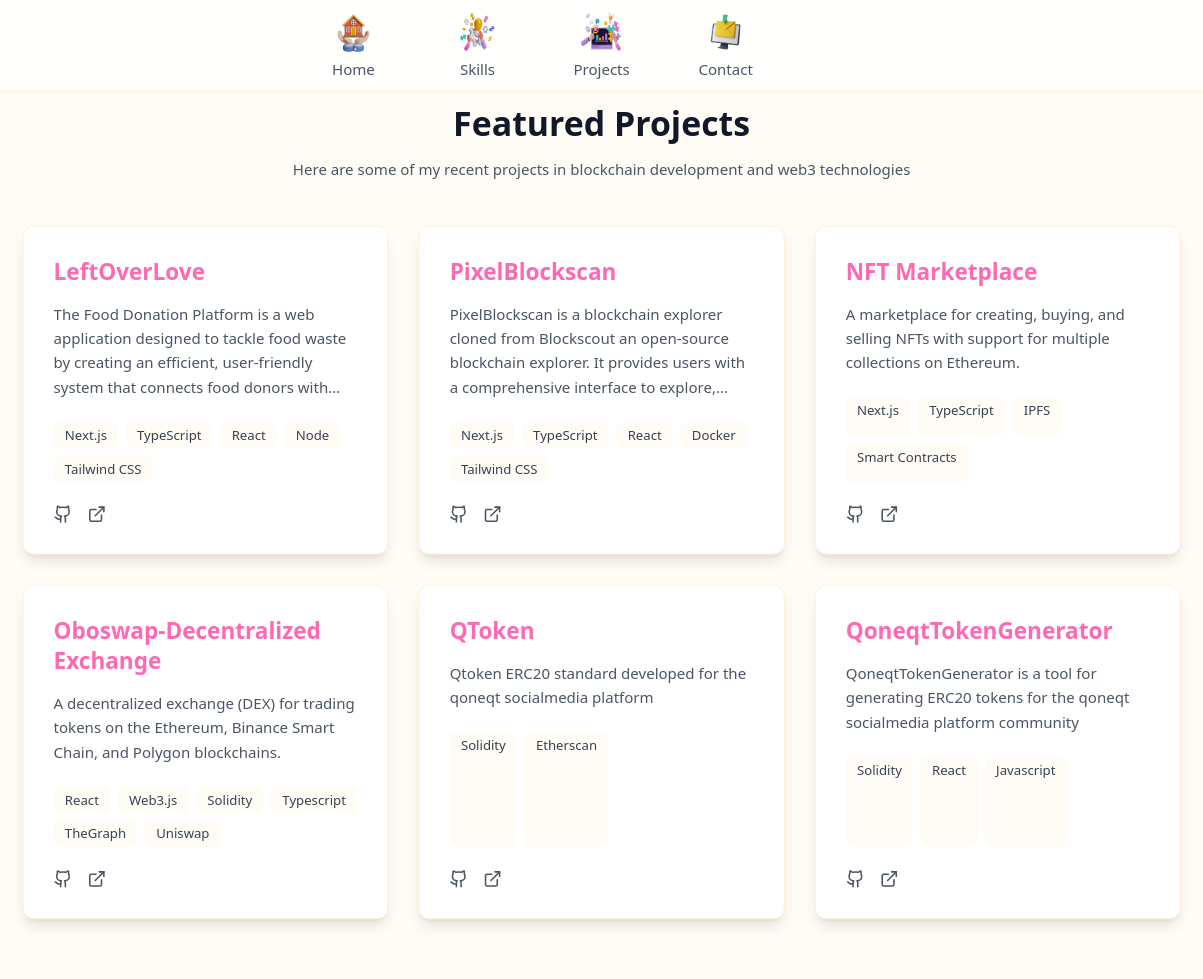
Repository: cryptonix21/personal-portfolio
Page: /projects
An editor plug-in stored every save of this project. The page is shown before and after a run of saves, followed by the edit.
The browser window is 1280 px wide. The pictures show the whole page, at 94% of full size.
The project was rebuilt for these pictures with package versions that can differ from the ones it lists, and the page was loaded fresh each time. Also part of the build but not shown: vite.config.ts, src/components/Resume.tsx, src/hooks/useTypewriter.ts, src/components/Hero.tsx, src/components/Skills.tsx, src/components/Contact.tsx. Imported but missing from the stored project, and not drawn on this page: src/assets/Gopal_Gurram_Resume.pdf.

Above is the page before, as saved 2024-12-20 09:28:01.

After the next 2 saves:
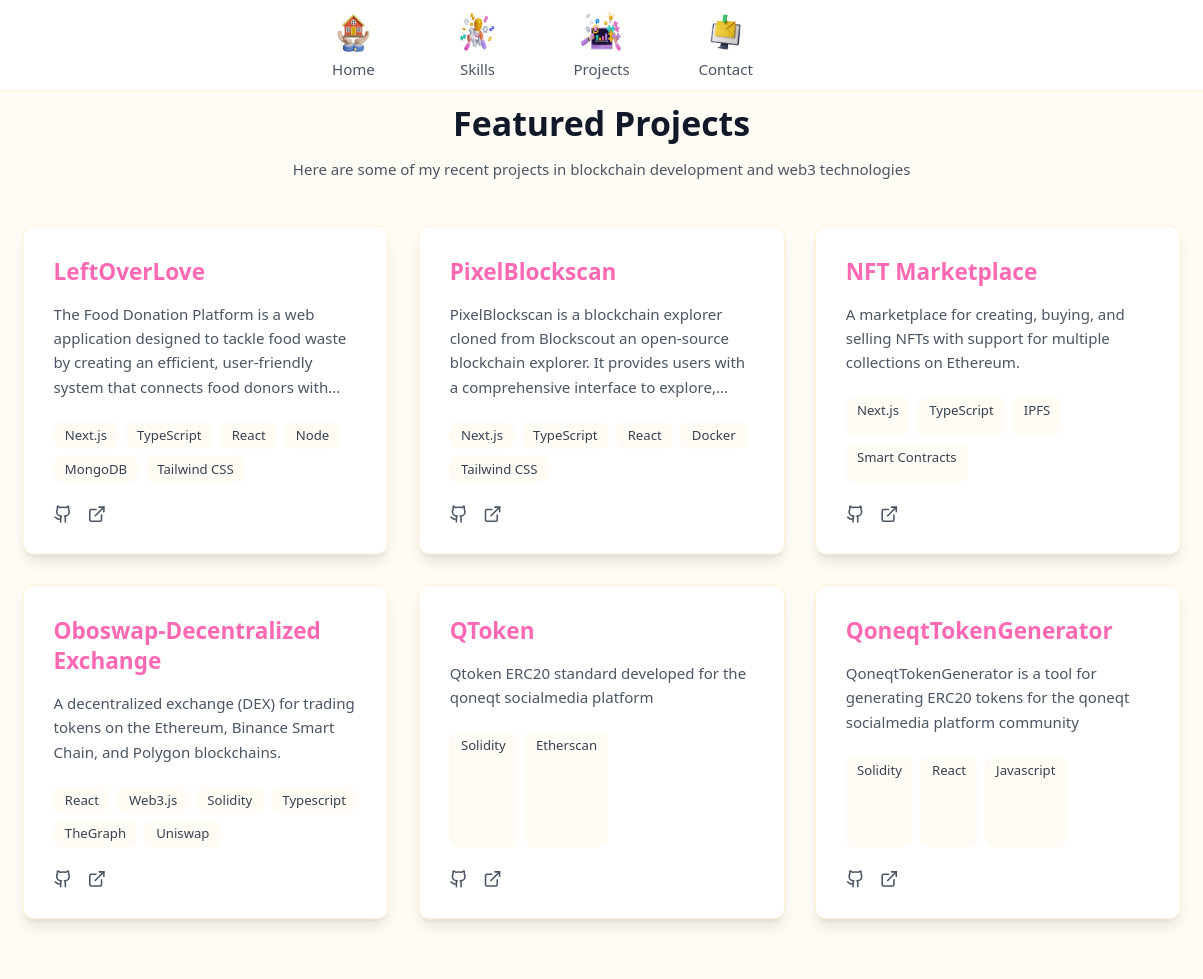
The 2 saves are shown as one change because they came seconds apart.
The last was saved 7 s later.
--- a/src/constants/projects.ts
+++ b/src/constants/projects.ts
@@ -10,7 +10,7 @@
   {
     title: "LeftOverLove",
     description: "The Food Donation Platform is a web application designed to tackle food waste by creating an efficient, user-friendly system that connects food donors with individuals and organizations in need",
-    tech: ["Next.js", "TypeScript", "React", "Node", "Tailwind CSS"],
+    tech: ["Next.js", "TypeScript", "React", "Node", "MongoDB", "Tailwind CSS"],
     github: "https://github.com/blockscout/blockscout",
     live: "https://scan.pixelsoftwares.com/"
   },
